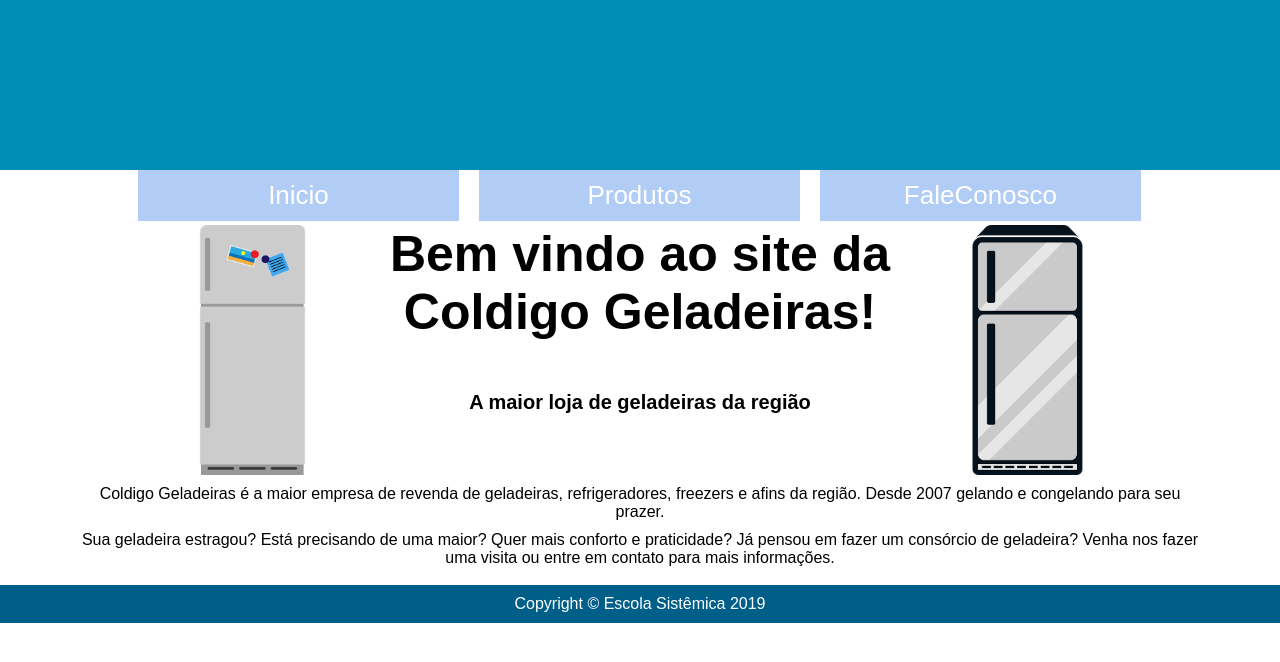
Repository: mateusalecrin/projeto-trilha-web
Page: ProjetoTrilhaWeb/WebContent/index.html
These files come from the project's save history. The page is drawn as it stood at one moment and after the next save; the edit follows.
The browser window is 1280 px wide. The pictures show the whole page.

Above is the page before, as saved 2023-03-08 12:35:46.

After the next save:
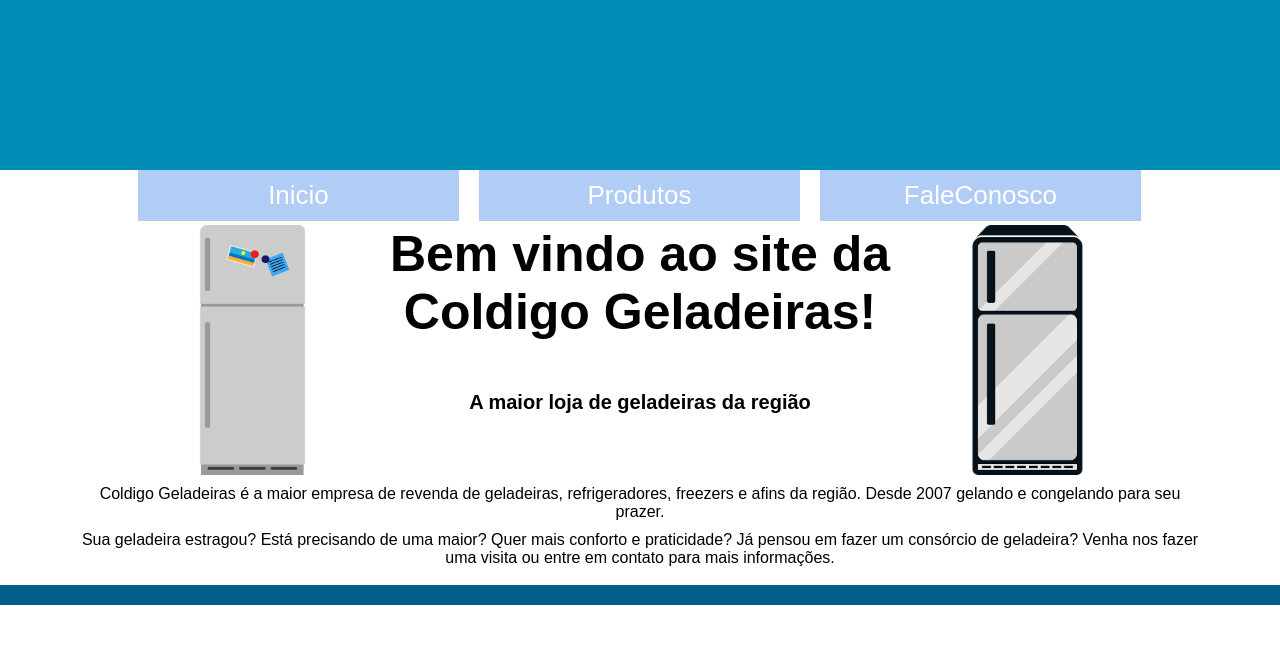
Saved 17 s later.
--- a/ProjetoTrilhaWeb/WebContent/index.html
+++ b/ProjetoTrilhaWeb/WebContent/index.html
@@ -36,6 +36,6 @@
 				conforto e praticidade? Já pensou em fazer um consórcio de geladeira?
 				Venha nos fazer uma visita ou entre em contato para mais informações.</p>
 		</section>
-		<footer>Copyright &copy; Escola Sistêmica 2019</footer>
+		<footer></footer>
 	</body>
 </html>
